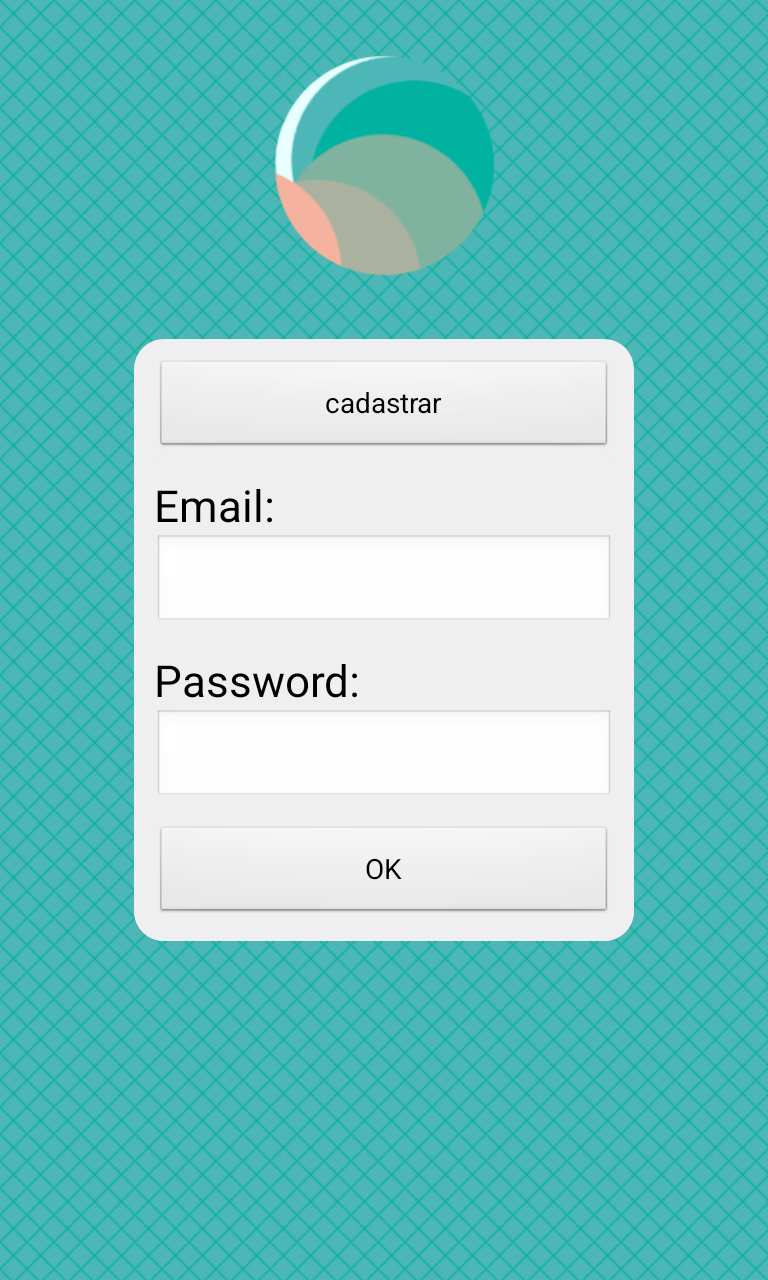
Repository: ppamorim/Coderock-X
Layout: workspace-Android/teste1/res/layout/activity_login.xml
These files come from the project's save history. The layout is drawn as it stood at one moment and after the next save; the edit follows.
It is drawn on a 768 x 1280 px phone screen (xhdpi) without system bars, with theme android:Theme.NoTitleBar; the app's code is not run.

Above is the layout before, as saved 2014-01-05 19:58:28.

After the next save:
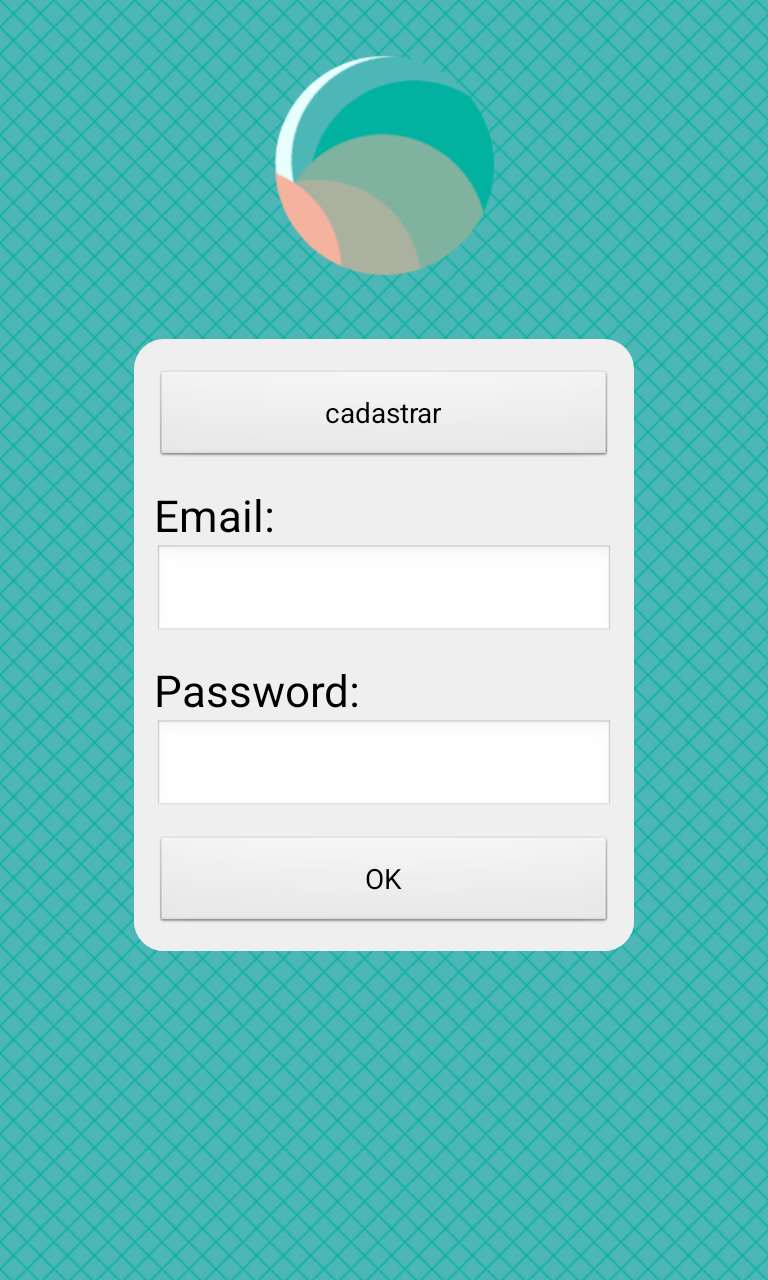
Saved 42 s later.
--- a/workspace-Android/teste1/res/layout/activity_login.xml
+++ b/workspace-Android/teste1/res/layout/activity_login.xml
@@ -44,7 +44,7 @@
             android:id="@+id/Entrar"
             android:layout_width="fill_parent"
             android:layout_height="fill_parent"
-            android:layout_marginTop="10dp"
+            android:layout_marginTop="15dp"
             android:layout_marginLeft="10dp"
             android:layout_marginRight="10dp"
             android:text="@string/register" />
